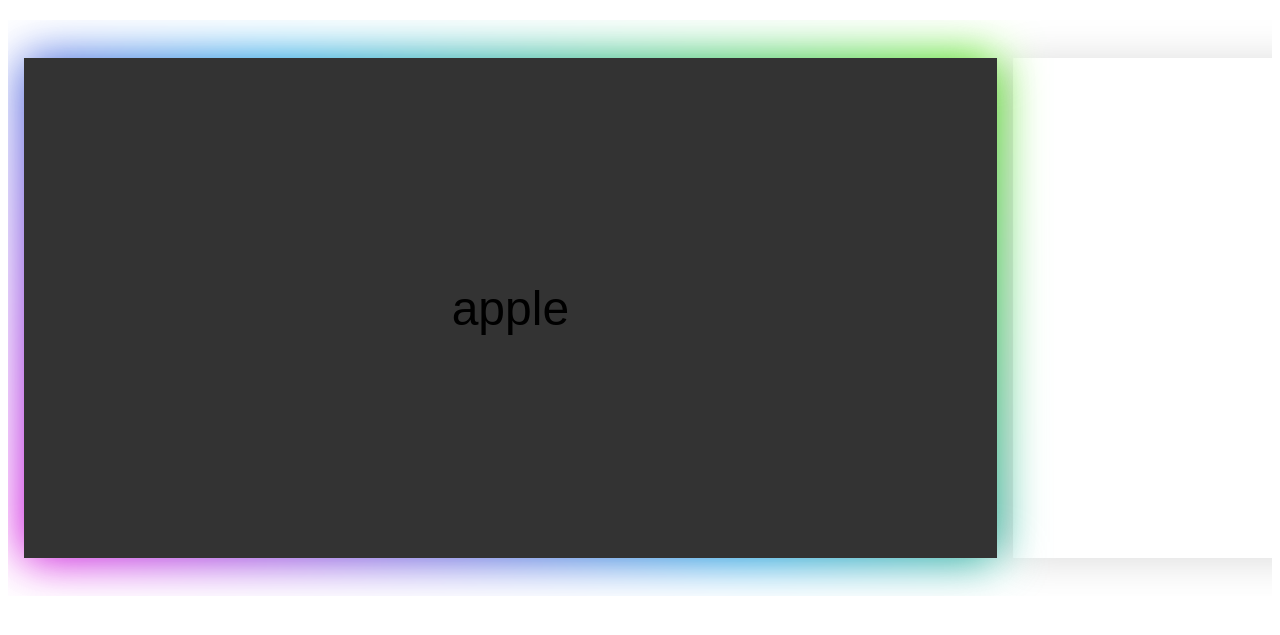
Repository: lzh15378738622/scroll-snap
Page: index.html
The author's editor kept a copy of each file at every save. The page is drawn from the files as they stood at one save, then again after the next save.
The browser window is 1280 px wide. The pictures show the whole page.

Above is the page before, as saved 2022-02-26 23:25:43.

### index.html
<!--
 * @Date: 2022-02-26 11:43:45
 * @LastEditors: lzh886
 * 简单的滚动还在用swiper?
 * @LastEditTime: 2022-02-26 23:20:50
 * @FilePath: /scroll-snap/index.html
-->
<!DOCTYPE html>
<html lang="en">
  <head>
    <meta charset="UTF-8" />
    <meta http-equiv="X-UA-Compatible" content="IE=edge" />
    <meta name="viewport" content="width=device-width, initial-scale=1.0" />
    <title>Document</title>
    <link rel="stylesheet" href="./style.css" />
    <style></style>
  </head>

  <body>
    <main>
      <section class="first">apple</section>
      <section>banana</section>
      <section>pear</section>
      <section>orange</section>
      <section>papa</section>
    </main>
  </body>
</html>

### style.css
@import url(https://fonts.googleapis.com/css?family=Source+Sans+Pro:300,400,600,700,300italic,400italic,600italic);
      body {
        font-family: "Merriweather Sans", sans-serif;
      }
      main {
        display: grid;
        grid-template-columns: repeat(5, 1fr);
        overflow-x: auto;
        padding-block: 38px;
        padding-inline: 1rem;
        margin-block: 20px;
        gap: 1rem;
        scroll-snap-type: x mandatory;
      }
      section {
        width: 76vw;
        height: 500px;
        box-shadow: 0 2px 40px rgba(0, 0, 0, 0.15);
        scroll-behavior: smooth;
        scroll-snap-align: center;
        scroll-snap-stop: always;
        display: flex;
        justify-content: center;
        align-items: center;
        font-size: 3rem;
      }
      section:first-child{
        background-color: #333;
        position: relative;
      }
      .first::before{
        content: '';
        display: block;
        width: 100%;
        height: 100%;
        position: absolute;
        left: 0;
        top: 0;
        background: linear-gradient(45deg,
        hsl(300deg,100%,50%),
        hsl(200deg,100%,50%),
        hsl(100deg,100%,50%)
        );
        filter: blur(24px);
        z-index: -1;

      }

After the next save:
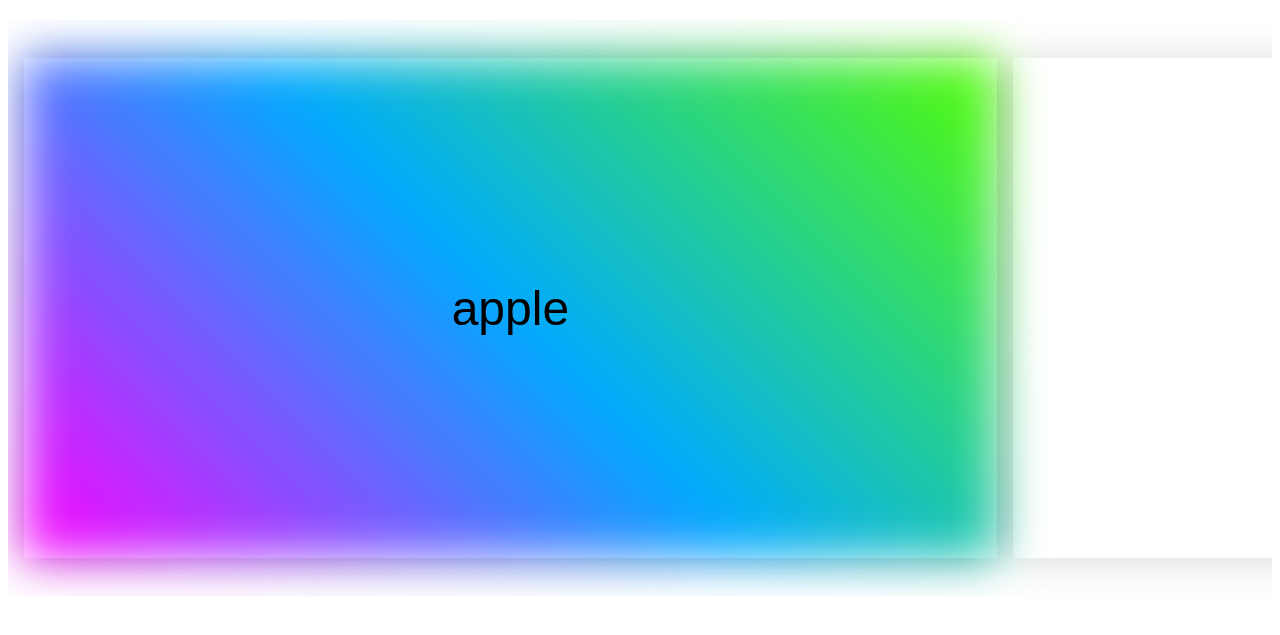
Saved 37 s later.
--- a/style.css
+++ b/style.css
@@ -25,7 +25,6 @@
         font-size: 3rem;
       }
       section:first-child{
-        background-color: #333;
         position: relative;
       }
       .first::before{
